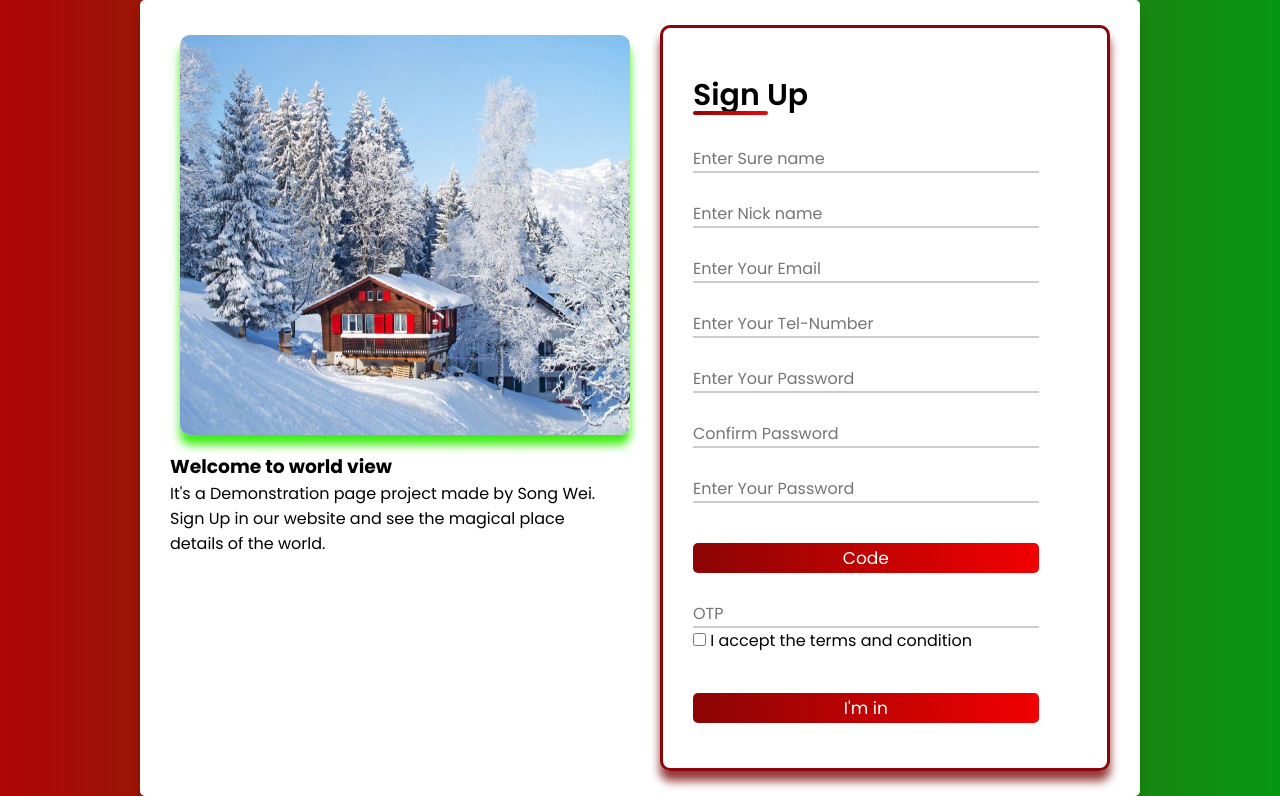
Repository: dev-ashik/Halloween
Page: Reg Page/Index.html
An editor plug-in stored every save of this project. The page is shown before and after the next save, followed by the edit.
The browser window is 1280 px wide. The pictures show the whole page.

Above is the page before, as saved 2021-12-21 22:36:08.

After the next save:
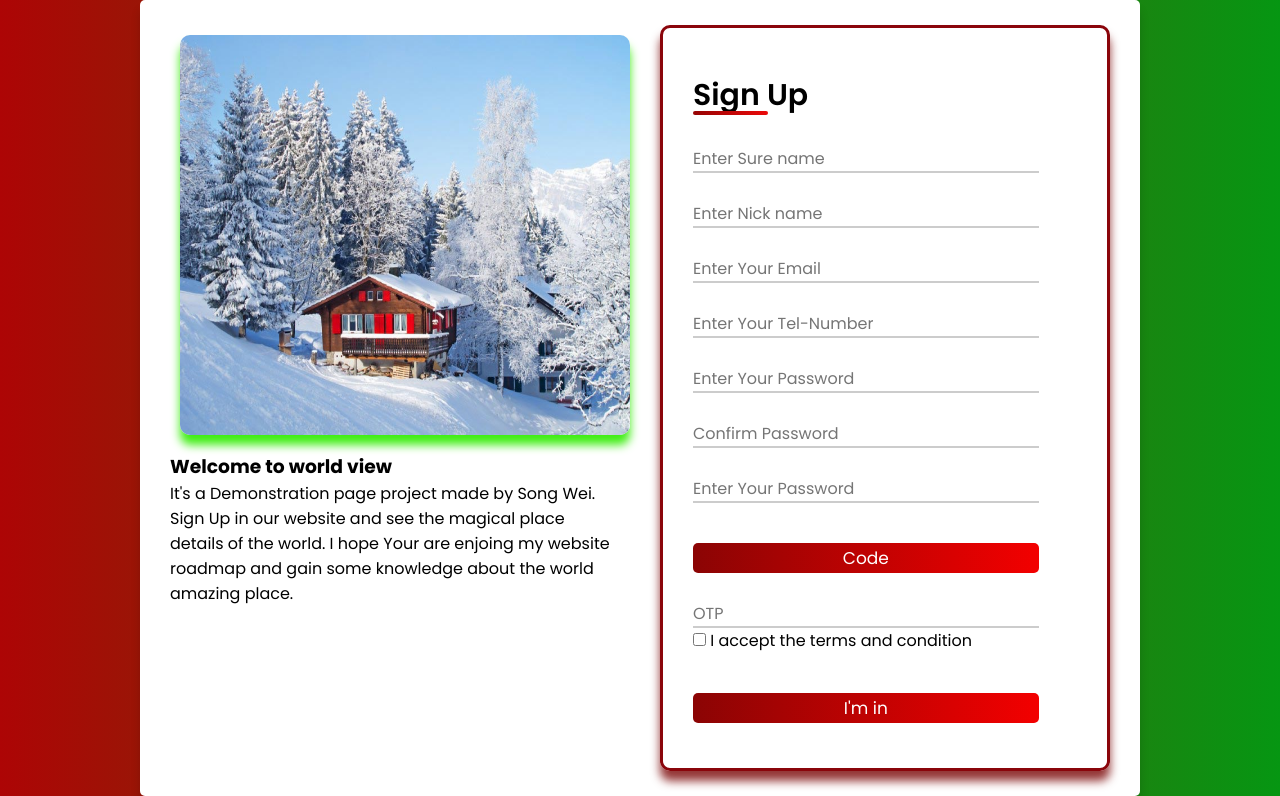
Saved 103 s later.
--- a/Reg Page/Index.html
+++ b/Reg Page/Index.html
@@ -14,7 +14,8 @@
         <div class="bann">
             <img src="IMG/banner.jpg" alt=""><br/>
             <h3>Welcome to world view</h3>
-            <p>It's a Demonstration page project made by Song Wei. Sign Up in our website and see the magical place details of the world.
+            <p>It's a Demonstration page project made by Song Wei. Sign Up in our website and see the magical place details of the world. I hope Your are enjoing my website roadmap and gain some knowledge about the world amazing place.
+
             </p>
         </div>
         <div class="form">
